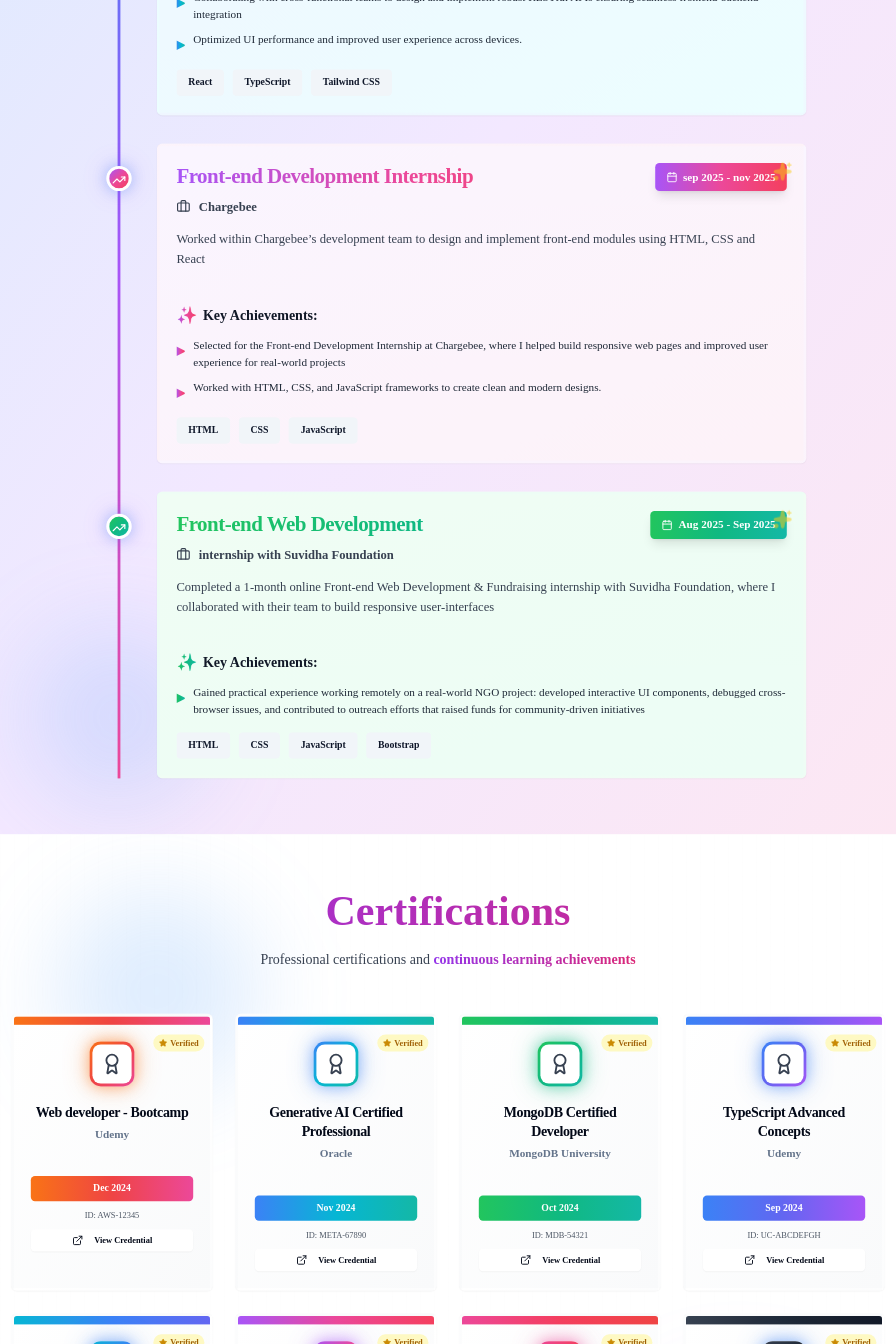
Repository: sm6746/PORTFOLIO
Page: /
These files come from the project's save history. The page is drawn as it stood at one moment and after the next save; the edit follows.
The browser window is 1280 px wide. The pictures show the part of the page from y = 4580 to 6500 px (the page is 8260 px tall), at 70% of full size.
The project was rebuilt for these pictures with package versions that can differ from the ones it lists, and the page was loaded fresh each time. Also part of the build but not shown: vite.config.ts.

Above is the page before, as saved 2025-11-07 12:30:01.

### index.html
<!DOCTYPE html>
<html lang="en">
  <head>
    <meta charset="UTF-8" />
    <link rel="icon" type="image/svg+xml" href="/favicon.svg" />
    <meta name="viewport" content="width=device-width, initial-scale=1.0" />
    <title>Portfolio</title>
  </head>
  <body>
    <div id="root"></div>
    <script type="module" src="/app/main.tsx"></script>
  </body>
</html>

### app/main.tsx
import React from 'react'
import ReactDOM from 'react-dom/client'
import App from './app'
import './globals.css'

ReactDOM.createRoot(document.getElementById('root')!).render(
  <React.StrictMode>
    <App />
  </React.StrictMode>,
)

### app/app.tsx
import { ThemeProvider } from '@/lib/theme-context';
import { Header } from '@/components/header';
import { HeroSection } from '@/components/hero-section';
import { AboutSection } from '@/components/about-section';
import { SkillsSection } from '@/components/skills-section';
import { ProjectsSection } from '@/components/projects-section';
import { ExperienceSection } from '@/components/experience-section';
import { CertificationsSection } from '@/components/certifications-section';
import { ContactSection } from '@/components/contact-section';
import { Footer } from '@/components/footer';
import { ScrollToTop } from '@/components/scroll-to-top';

function App() {
  return (
    <ThemeProvider>
      <div className="min-h-screen bg-white dark:bg-gray-900 transition-colors duration-300">
        <Header />
        <main>
          <HeroSection />
          <AboutSection />
          <SkillsSection />
          <ProjectsSection />
          <ExperienceSection />
          <CertificationsSection />
          <ContactSection />
        </main>
        <Footer />
        <ScrollToTop />
      </div>
    </ThemeProvider>
  );
}

export default App;

### lib/theme-context.tsx
import React, { createContext, useContext, useEffect, useState } from 'react';

type Theme = 'light' | 'dark';

type ThemeContextType = {
  theme: Theme;
  toggleTheme: () => void;
};

const ThemeContext = createContext<ThemeContextType | undefined>(undefined);

export function ThemeProvider({ children }: { children: React.ReactNode }) {
  const [theme, setTheme] = useState<Theme>(() => {
    const stored = localStorage.getItem('portfolio-theme');
    return (stored as Theme) || 'light';
  });

  useEffect(() => {
    localStorage.setItem('portfolio-theme', theme);
    document.documentElement.classList.toggle('dark', theme === 'dark');
  }, [theme]);

  const toggleTheme = () => {
    setTheme(prev => (prev === 'light' ? 'dark' : 'light'));
  };

  return (
    <ThemeContext.Provider value={{ theme, toggleTheme }}>
      {children}
    </ThemeContext.Provider>
  );
}

export function useTheme() {
  const context = useContext(ThemeContext);
  if (!context) {
    throw new Error('useTheme must be used within ThemeProvider');
  }
  return context;
}

### components/certifications-section.tsx
import { Card, CardContent, CardHeader, CardTitle, CardDescription } from '@/components/ui/card';
import { Badge } from '@/components/ui/badge';
import { Button } from '@/components/ui/button';
import { Award, ExternalLink, Star } from 'lucide-react';
import { useScrollAnimation } from '@/hooks/use-scroll-animation';

export function CertificationsSection() {
  const { ref, isVisible } = useScrollAnimation();

  const certifications = [
    {
      title: 'Web developer - Bootcamp ',
      issuer: 'Udemy ',
      date: 'Dec 2024',
      credentialId: 'AWS-12345',
      gradient: 'from-orange-500 via-red-500 to-pink-500',
      glowClass: 'glow-orange',
    },
    {
      title: 'Generative AI Certified Professional ',
      issuer: 'Oracle',
      date: 'Nov 2024',
      credentialId: 'META-67890',
      gradient: 'from-blue-500 via-cyan-500 to-teal-500',
      glowClass: 'glow-blue',
    },
    {
      title: 'MongoDB Certified Developer',
      issuer: 'MongoDB University',
      date: 'Oct 2024',
      credentialId: 'MDB-54321',
      gradient: 'from-green-500 via-emerald-500 to-teal-500',
      glowClass: 'glow-green',
    },
    {
      title: 'TypeScript Advanced Concepts',
      issuer: 'Udemy',
      date: 'Sep 2024',
      credentialId: 'UC-ABCDEFGH',
      gradient: 'from-blue-500 via-indigo-500 to-purple-500',
      glowClass: 'glow-blue',
    },
    {
      title: 'Docker & Kubernetes',
      issuer: 'Linux Foundation',
      date: 'Aug 2024',
      credentialId: 'LF-98765',
      gradient: 'from-cyan-500 via-blue-500 to-indigo-500',
      glowClass: 'glow-blue',
    },
    {
      title: 'Full Stack Web Development',
      issuer: 'Coursera',
      date: 'Jul 2024',
      credentialId: 'COURSERA-123456',
      gradient: 'from-purple-500 via-pink-500 to-rose-500',
      glowClass: 'glow-purple',
    },
    {
      title: 'GraphQL Fundamentals',
      issuer: 'Apollo',
      date: 'Jun 2024',
      credentialId: 'APOLLO-11223',
      gradient: 'from-pink-500 via-rose-500 to-red-500',
      glowClass: 'glow-pink',
    },
    {
      title: 'Git & GitHub Mastery',
      issuer: 'GitHub Learning Lab',
      date: 'May 2024',
      credentialId: 'GH-44556',
      gradient: 'from-gray-700 via-gray-800 to-gray-900',
      glowClass: 'glow-blue',
    },
  ];

  return (
    <section
      id="certifications"
      ref={ref as React.RefObject<HTMLElement>}
      className="py-20 bg-white dark:bg-gray-900 relative overflow-hidden"
    >
      <div className="absolute inset-0 bg-grid-pattern opacity-5"></div>
      <div className="absolute top-20 left-20 w-72 h-72 bg-blue-400/20 rounded-full blur-3xl"></div>
      <div className="absolute bottom-20 right-20 w-72 h-72 bg-purple-400/20 rounded-full blur-3xl"></div>

      <div className="container mx-auto px-4 relative z-10">
        <div
          className={`transition-all duration-1000 ${
            isVisible ? 'opacity-100 translate-y-0' : 'opacity-0 translate-y-10'
          }`}
        >
          <h2 className="text-5xl md:text-6xl font-extrabold text-center mb-6 bg-gradient-to-r from-blue-600 via-purple-600 to-pink-600 dark:from-blue-400 dark:via-purple-400 dark:to-pink-400 bg-clip-text text-transparent animate-gradient">
            Certifications
          </h2>
          <p className="text-center text-gray-700 dark:text-gray-300 mb-16 text-xl font-medium">
            Professional certifications and <span className="text-transparent bg-clip-text bg-gradient-to-r from-purple-600 to-pink-600 font-bold">continuous learning achievements</span>
          </p>

          <div className="grid md:grid-cols-2 lg:grid-cols-4 gap-8">
            {certifications.map((cert, index) => (
              <Card
                key={index}
                className={`group hover:shadow-2xl transition-all duration-500 transform hover:-translate-y-4 hover:scale-110 border-4 border-transparent hover:border-current overflow-hidden bg-gradient-to-br from-white to-gray-50 dark:from-gray-800 dark:to-gray-900 ${
                  isVisible ? 'opacity-100 translate-y-0' : 'opacity-0 translate-y-10'
                }`}
                style={{ transitionDelay: `${index * 100}ms` }}
              >
                <div className={`h-3 bg-gradient-to-r ${cert.gradient}`}></div>
                <CardHeader className="relative">
                  <div className={`w-16 h-16 mx-auto rounded-2xl bg-gradient-to-br ${cert.gradient} p-1 mb-4 group-hover:scale-125 group-hover:rotate-12 transition-all duration-500 shadow-xl ${cert.glowClass}`}>
                    <div className="w-full h-full rounded-xl bg-white dark:bg-gray-800 flex items-center justify-center">
                      <Award className="h-8 w-8 text-gray-700 dark:text-gray-300" />
                    </div>
                  </div>
                  <div className="absolute top-2 right-2 flex items-center gap-1 bg-yellow-100 dark:bg-yellow-900/50 px-2 py-1 rounded-full">
                    <Star className="h-3 w-3 text-yellow-600 fill-yellow-600" />
                    <span className="text-xs font-bold text-yellow-700 dark:text-yellow-400">Verified</span>
                  </div>
                  <CardTitle className={`text-xl font-bold text-center group-hover:bg-gradient-to-r ${cert.gradient} group-hover:bg-clip-text group-hover:text-transparent transition-all duration-300`}>
                    {cert.title}
                  </CardTitle>
                  <CardDescription className="text-center font-semibold text-base">{cert.issuer}</CardDescription>
                </CardHeader>
                <CardContent className="p-6">
                  <div className="space-y-3">
                    <Badge variant="outline" className={`w-full justify-center text-sm font-bold py-2 border-3 bg-gradient-to-r ${cert.gradient} text-white`}>
                      {cert.date}
                    </Badge>
                    <p className="text-xs text-gray-600 dark:text-gray-400 text-center font-medium">
                      ID: {cert.credentialId}
                    </p>
                    <Button
                      variant="outline"
                      size="sm"
                      className={`w-full border-3 hover:bg-gradient-to-r ${cert.gradient} hover:text-white hover:border-transparent font-bold transform hover:scale-105 transition-all duration-300`}
                    >
                      <ExternalLink className="h-4 w-4 mr-2" />
                      View Credential
                    </Button>
                  </div>
                </CardContent>
              </Card>
            ))}
          </div>
        </div>
      </div>
    </section>
  );
}

### components/footer.tsx
import { Github, Linkedin, Mail } from 'lucide-react';
import { Button } from '@/components/ui/button';

export function Footer() {
  return (
    <footer className="py-12 bg-gray-900 text-white">
      <div className="container mx-auto px-4">
        <div className="flex flex-col items-center gap-6">
          <div className="text-3xl font-bold bg-gradient-to-r from-blue-400 to-purple-400 bg-clip-text text-transparent">
            SHIVANI MEHRA
          </div>
          <p className="text-gray-400 text-center max-w-md">
            Building the future, one line of code at a time. Let's create something amazing together.
          </p>
          <div className="flex gap-4">
            <Button
              variant="ghost"
              size="icon"
              className="rounded-full hover:bg-blue-600/20 text-gray-300 hover:text-white transition-all"
            >
              <a
              href="https://github.com/sm6746"
              target="_blank"
              rel="noopener noreferrer"
            >
              <Github className="h-5 w-5" />
              </a>
            </Button>
            <Button
              variant="ghost"
              size="icon"
              className="rounded-full hover:bg-blue-600/20 text-gray-300 hover:text-white transition-all"
            >
              <a
              href="https://www.linkedin.com/in/shivani-mehra-/"
              target="_blank"
              rel="noopener noreferrer"
            >
              <Linkedin className="h-7 w-7" />
              </a>
            </Button>
            <Button
              variant="ghost"
              size="icon"
              className="rounded-full hover:bg-blue-600/20 text-gray-300 hover:text-white transition-all"
            >
              <a
              href="https://mail.google.com/mail/?view=cm&fs=1&to=shivanimehra22may@gmail.com"
              target="_blank"
              rel="noopener noreferrer"
            >
               <Mail className="h-5 w-5" />
              </a>

            </Button>
          </div>
          <div className="border-t border-gray-800 pt-6 w-full text-center">
            <p className="text-gray-500 text-sm">

            </p>
          </div>
        </div>
      </div>
    </footer>
  );
}

### components/scroll-to-top.tsx
import { Button } from '@/components/ui/button';
import { ArrowUp } from 'lucide-react';
import { useEffect, useState } from 'react';

export function ScrollToTop() {
  const [isVisible, setIsVisible] = useState(false);

  useEffect(() => {
    const toggleVisibility = () => {
      setIsVisible(window.scrollY > 500);
    };

    window.addEventListener('scroll', toggleVisibility);
    return () => window.removeEventListener('scroll', toggleVisibility);
  }, []);

  const scrollToTop = () => {
    window.scrollTo({ top: 0, behavior: 'smooth' });
  };

  if (!isVisible) return null;

  return (
    <Button
      onClick={scrollToTop}
      size="icon"
      className="fixed bottom-8 right-8 z-50 rounded-full shadow-lg bg-gradient-to-r from-blue-600 to-purple-600 hover:from-blue-700 hover:to-purple-700 animate-bounce"
    >
      <ArrowUp className="h-5 w-5" />
    </Button>
  );
}

### components/ui/button.tsx
import * as React from "react"
import { Slot } from "@radix-ui/react-slot"
import { cva, type VariantProps } from "class-variance-authority"

import { cn } from "@/lib/utlis"

const buttonVariants = cva(
  "inline-flex items-center justify-center gap-2 whitespace-nowrap rounded-md text-sm font-medium transition-colors focus-visible:outline-none focus-visible:ring-1 focus-visible:ring-ring disabled:pointer-events-none disabled:opacity-50 [&_svg]:pointer-events-none [&_svg]:size-4 [&_svg]:shrink-0",
  {
    variants: {
      variant: {
        default:
          "bg-primary text-primary-foreground shadow hover:bg-primary/90",
        destructive:
          "bg-destructive text-destructive-foreground shadow-sm hover:bg-destructive/90",
        outline:
          "border border-input bg-background shadow-sm hover:bg-accent hover:text-accent-foreground",
        secondary:
          "bg-secondary text-secondary-foreground shadow-sm hover:bg-secondary/80",
        ghost: "hover:bg-accent hover:text-accent-foreground",
        link: "text-primary underline-offset-4 hover:underline",
      },
      size: {
        default: "h-9 px-4 py-2",
        sm: "h-8 rounded-md px-3 text-xs",
        lg: "h-10 rounded-md px-8",
        icon: "h-9 w-9",
      },
    },
    defaultVariants: {
      variant: "default",
      size: "default",
    },
  }
)

export interface ButtonProps
  extends React.ButtonHTMLAttributes<HTMLButtonElement>,
    VariantProps<typeof buttonVariants> {
  asChild?: boolean
}

const Button = React.forwardRef<HTMLButtonElement, ButtonProps>(
  ({ className, variant, size, asChild = false, ...props }, ref) => {
    const Comp = asChild ? Slot : "button"
    return (
      <Comp
        className={cn(buttonVariants({ variant, size, className }))}
        ref={ref}
        {...props}
      />
    )
  }
)
Button.displayName = "Button"

export { Button, buttonVariants }

### hooks/use-scroll-animation.ts
import { useEffect, useRef, useState } from 'react';

export function useScrollAnimation() {
  const ref = useRef<HTMLElement>(null);
  const [isVisible, setIsVisible] = useState(false);

  useEffect(() => {
    const observer = new IntersectionObserver(
      ([entry]) => {
        if (entry.isIntersecting) {
          setIsVisible(true);
        }
      },
      { threshold: 0.1 }
    );

    if (ref.current) {
      observer.observe(ref.current);
    }

    return () => {
      if (ref.current) {
        observer.unobserve(ref.current);
      }
    };
  }, []);

  return { ref, isVisible };
}

### components/ui/card.tsx
import * as React from "react"

import { cn } from "@/lib/utlis"

const Card = React.forwardRef<
  HTMLDivElement,
  React.HTMLAttributes<HTMLDivElement>
>(({ className, ...props }, ref) => (
  <div
    ref={ref}
    className={cn(
      "rounded-lg border bg-card text-card-foreground shadow-sm",
      className,
    )}
    {...props}
  />
))
Card.displayName = "Card"

const CardHeader = React.forwardRef<
  HTMLDivElement,
  React.HTMLAttributes<HTMLDivElement>
>(({ className, ...props }, ref) => (
  <div
    ref={ref}
    className={cn("flex flex-col space-y-1.5 p-6", className)}
    {...props}
  />
))
CardHeader.displayName = "CardHeader"

const CardTitle = React.forwardRef<
  HTMLParagraphElement,
  React.HTMLAttributes<HTMLHeadingElement>
>(({ className, ...props }, ref) => (
  <h3
    ref={ref}
    className={cn(
      "text-2xl font-semibold leading-none tracking-tight",
      className,
    )}
    {...props}
  />
))
CardTitle.displayName = "CardTitle"

const CardDescription = React.forwardRef<
  HTMLParagraphElement,
  React.HTMLAttributes<HTMLParagraphElement>
>(({ className, ...props }, ref) => (
  <p
    ref={ref}
    className={cn("text-sm text-muted-foreground", className)}
    {...props}
  />
))
CardDescription.displayName = "CardDescription"

const CardContent = React.forwardRef<
  HTMLDivElement,
  React.HTMLAttributes<HTMLDivElement>
>(({ className, ...props }, ref) => (
  <div ref={ref} className={cn("p-6 pt-0", className)} {...props} />
))
CardContent.displayName = "CardContent"

const CardFooter = React.forwardRef<
  HTMLDivElement,
  React.HTMLAttributes<HTMLDivElement>
>(({ className, ...props }, ref) => (
  <div
    ref={ref}
    className={cn("flex items-center p-6 pt-0", className)}
    {...props}
  />
))
CardFooter.displayName = "CardFooter"

export { Card, CardHeader, CardFooter, CardTitle, CardDescription, CardContent }

### components/ui/badge.tsx
import * as React from "react"
import { cva, type VariantProps } from "class-variance-authority"

import { cn } from "@/lib/utlis"

const badgeVariants = cva(
  "inline-flex items-center rounded-md border px-2.5 py-0.5 text-xs font-semibold transition-colors focus:outline-none focus:ring-2 focus:ring-ring focus:ring-offset-2",
  {
    variants: {
      variant: {
        default:
          "border-transparent bg-primary text-primary-foreground shadow hover:bg-primary/80",
        secondary:
          "border-transparent bg-secondary text-secondary-foreground hover:bg-secondary/80",
        destructive:
          "border-transparent bg-destructive text-destructive-foreground shadow hover:bg-destructive/80",
        outline: "text-foreground",
      },
    },
    defaultVariants: {
      variant: "default",
    },
  }
)

export interface BadgeProps
  extends React.HTMLAttributes<HTMLDivElement>,
    VariantProps<typeof badgeVariants> {}

function Badge({ className, variant, ...props }: BadgeProps) {
  return (
    <div className={cn(badgeVariants({ variant }), className)} {...props} />
  )
}

export { Badge, badgeVariants }

### components/ui/input.tsx
import * as React from "react"

import { cn } from "@/lib/utlis"

const Input = React.forwardRef<HTMLInputElement, React.ComponentProps<"input">>(
  ({ className, type, ...props }, ref) => {
    return (
      <input
        type={type}
        className={cn(
          "flex h-9 w-full rounded-md border border-input bg-transparent px-3 py-1 text-base shadow-sm transition-colors file:border-0 file:bg-transparent file:text-sm file:font-medium file:text-foreground placeholder:text-muted-foreground focus-visible:outline-none focus-visible:ring-1 focus-visible:ring-ring disabled:cursor-not-allowed disabled:opacity-50 md:text-sm",
          className
        )}
        ref={ref}
        {...props}
      />
    )
  }
)
Input.displayName = "Input"

export { Input }

### components/ui/textarea.tsx
import * as React from "react"

import { cn } from "@/lib/utlis"

const Textarea = React.forwardRef<
  HTMLTextAreaElement,
  React.ComponentProps<"textarea">
>(({ className, ...props }, ref) => {
  return (
    <textarea
      className={cn(
        "flex min-h-[60px] w-full rounded-md border border-input bg-transparent px-3 py-2 text-base shadow-sm placeholder:text-muted-foreground focus-visible:outline-none focus-visible:ring-1 focus-visible:ring-ring disabled:cursor-not-allowed disabled:opacity-50 md:text-sm",
        className
      )}
      ref={ref}
      {...props}
    />
  )
})
Textarea.displayName = "Textarea"

export { Textarea }

Loaded but not shown: lib/utlis.tsx (common file); tailwind.config.js (62 lines, source omitted); components/projects-section.tsx (180 lines, source omitted); components/contact-section.tsx (144 lines, source omitted); components/experience-section.tsx (141 lines, source omitted); components/hero-section.tsx (124 lines, source omitted); components/about-section.tsx (79 lines, source omitted); components/skills-section.tsx (112 lines, source omitted); components/header.tsx (82 lines, source omitted); app/globals.css (115 lines, source omitted)

After the next save:
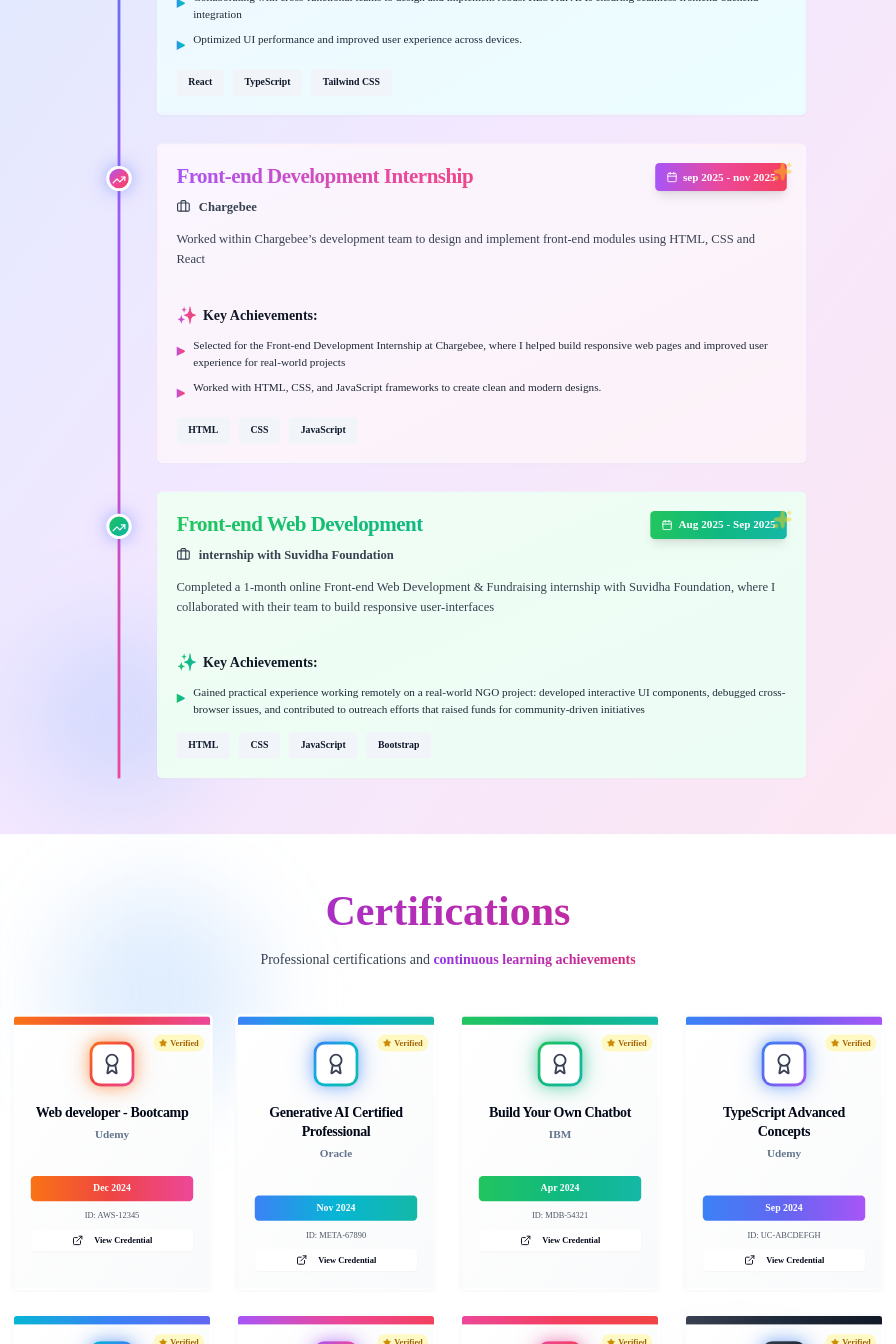
Saved 62 s later.
--- a/components/certifications-section.tsx
+++ b/components/certifications-section.tsx
@@ -25,9 +25,10 @@ export function CertificationsSection() {
       glowClass: 'glow-blue',
     },
     {
-      title: 'MongoDB Certified Developer',
-      issuer: 'MongoDB University',
-      date: 'Oct 2024',
+      title: 'Build Your Own Chatbot',
+
+      issuer: 'IBM',
+      date: 'Apr 2024',
       credentialId: 'MDB-54321',
       gradient: 'from-green-500 via-emerald-500 to-teal-500',
       glowClass: 'glow-green',
